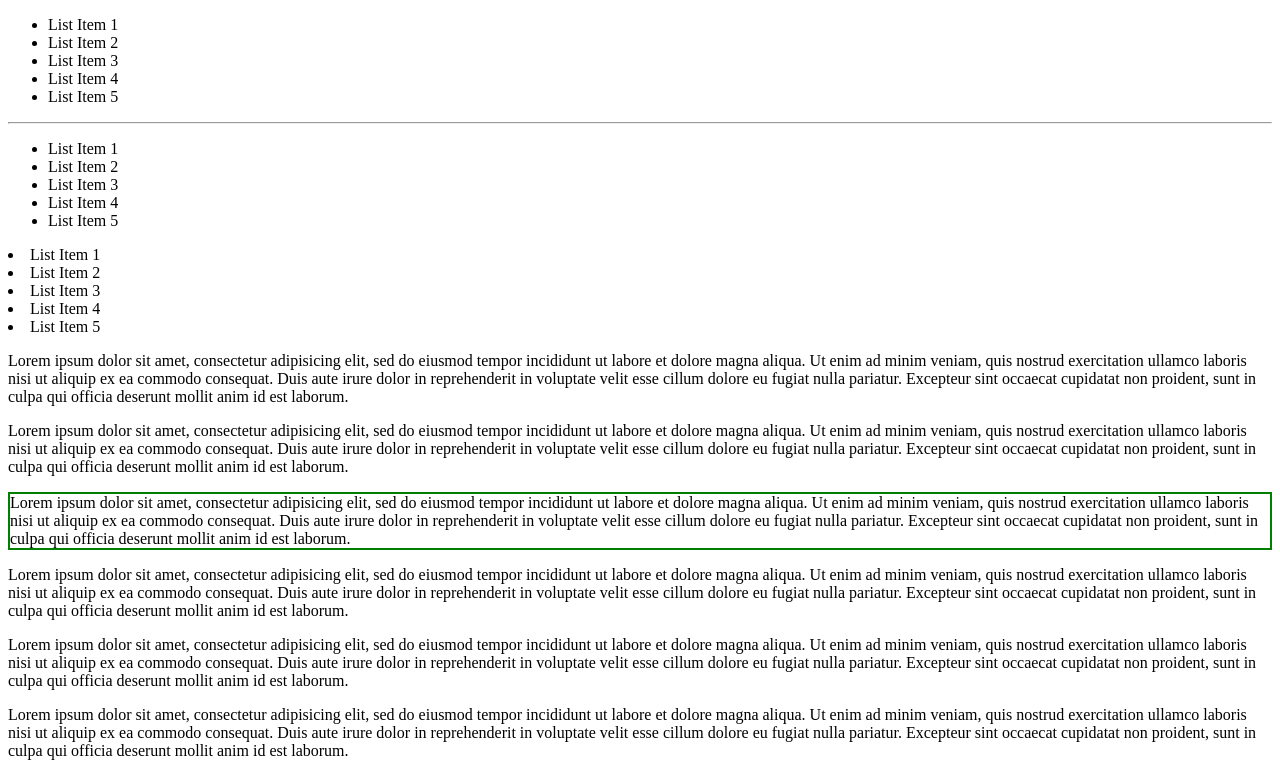
Repository: PankajSutharPersistent/vm-backup
Page: workspaceJavaScript/DemoJQuery/index.html
The author's editor kept a copy of each file at every save. The page is drawn from the files as they stood at one save, then again after the next save.
The browser window is 1280 px wide. The pictures show the whole page.

Above is the page before, as saved 2017-01-02 05:06:12.

### workspaceJavaScript/DemoJQuery/index.html
<!doctype html>
<html lang="en">
<head>
	<meta charset="UTF-8" />
	<title>Document</title>
	<script src="lib/jquery-3.1.1.js"></script>
	<script>
	/*
		var vj = jQuery.noConflict();
		vj(function(){
			///=========================

			alert("welcome to 2017")

			///=========================
		})
	 */
		$(function(){
			///=========================

			// $("li","ul").css("border","2px solid red");
			// $("#list").css("border","2px solid red");
			// $(".items").css("border","2px solid green");
			// $(".items","#list").css("border","2px solid green");
			// $("#list .items").css("border","2px solid green");

			   $("p[onclick='fun3()']").css("border","2px solid green");

			///=========================
		})
	</script>
</head>
<body>
	<ul id="list">
		<li class="items">List Item 1</li>
		<li class="items">List Item 2</li>
		<li class="items">List Item 3</li>
		<li class="items">List Item 4</li>
		<li class="items">List Item 5</li>
	</ul>
	<hr/>
	<ul>
		<li class="items">List Item 1</li>
		<li class="items">List Item 2</li>
		<li class="items">List Item 3</li>
		<li class="items">List Item 4</li>
		<li class="items">List Item 5</li>
	</ul>

	<li class="items">List Item 1</li>
	<li class="items">List Item 2</li>
	<li class="items">List Item 3</li>
	<li class="items">List Item 4</li>
	<li class="items">List Item 5</li>

	<p onclick="fun1()">
		Lorem ipsum dolor sit amet, consectetur adipisicing elit, sed do eiusmod tempor incididunt ut labore et dolore magna aliqua. Ut enim ad minim veniam, quis nostrud exercitation ullamco laboris nisi ut aliquip ex ea commodo consequat. Duis aute irure dolor in reprehenderit in voluptate velit esse cillum dolore eu fugiat nulla pariatur. Excepteur sint occaecat cupidatat non proident, sunt in culpa qui officia deserunt mollit anim id est laborum.
	</p>
	<p onclick="fun2()">
		Lorem ipsum dolor sit amet, consectetur adipisicing elit, sed do eiusmod tempor incididunt ut labore et dolore magna aliqua. Ut enim ad minim veniam, quis nostrud exercitation ullamco laboris nisi ut aliquip ex ea commodo consequat. Duis aute irure dolor in reprehenderit in voluptate velit esse cillum dolore eu fugiat nulla pariatur. Excepteur sint occaecat cupidatat non proident, sunt in culpa qui officia deserunt mollit anim id est laborum.
	</p>
	<p onclick="fun3()">
		Lorem ipsum dolor sit amet, consectetur adipisicing elit, sed do eiusmod tempor incididunt ut labore et dolore magna aliqua. Ut enim ad minim veniam, quis nostrud exercitation ullamco laboris nisi ut aliquip ex ea commodo consequat. Duis aute irure dolor in reprehenderit in voluptate velit esse cillum dolore eu fugiat nulla pariatur. Excepteur sint occaecat cupidatat non proident, sunt in culpa qui officia deserunt mollit anim id est laborum.
	</p>
	<p onclick="fun4()">
		Lorem ipsum dolor sit amet, consectetur adipisicing elit, sed do eiusmod tempor incididunt ut labore et dolore magna aliqua. Ut enim ad minim veniam, quis nostrud exercitation ullamco laboris nisi ut aliquip ex ea commodo consequat. Duis aute irure dolor in reprehenderit in voluptate velit esse cillum dolore eu fugiat nulla pariatur. Excepteur sint occaecat cupidatat non proident, sunt in culpa qui officia deserunt mollit anim id est laborum.
	</p>
	<p title="persistent">
		Lorem ipsum dolor sit amet, consectetur adipisicing elit, sed do eiusmod tempor incididunt ut labore et dolore magna aliqua. Ut enim ad minim veniam, quis nostrud exercitation ullamco laboris nisi ut aliquip ex ea commodo consequat. Duis aute irure dolor in reprehenderit in voluptate velit esse cillum dolore eu fugiat nulla pariatur. Excepteur sint occaecat cupidatat non proident, sunt in culpa qui officia deserunt mollit anim id est laborum.
	</p>
	<p lang="en">
		Lorem ipsum dolor sit amet, consectetur adipisicing elit, sed do eiusmod tempor incididunt ut labore et dolore magna aliqua. Ut enim ad minim veniam, quis nostrud exercitation ullamco laboris nisi ut aliquip ex ea commodo consequat. Duis aute irure dolor in reprehenderit in voluptate velit esse cillum dolore eu fugiat nulla pariatur. Excepteur sint occaecat cupidatat non proident, sunt in culpa qui officia deserunt mollit anim id est laborum.
	</p>
</body>
</html>

Loaded but not shown: workspaceJavaScript/DemoJQuery/lib/jquery-3.1.1.js (library)

After the next save:
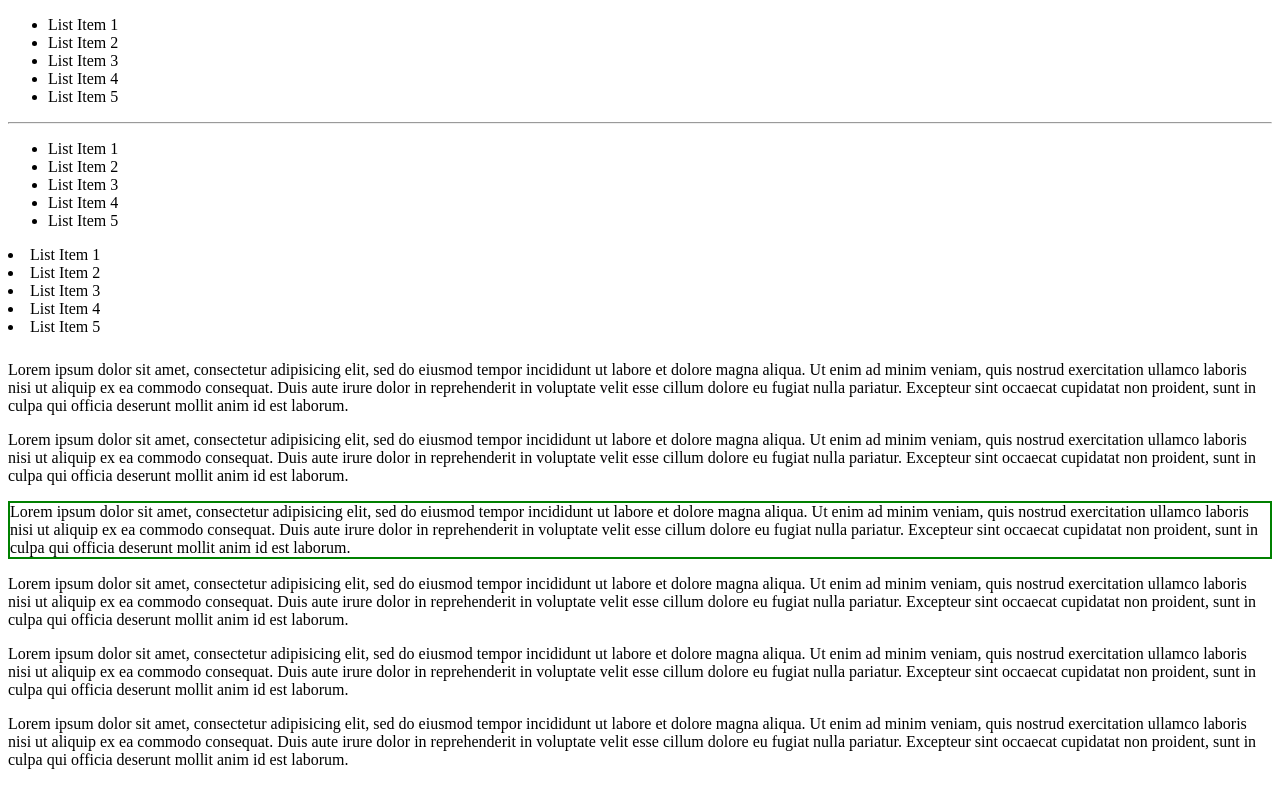
Saved 2 min 45 s later.
--- a/workspaceJavaScript/DemoJQuery/index.html
+++ b/workspaceJavaScript/DemoJQuery/index.html
@@ -54,6 +54,12 @@
 	<li class="items">List Item 5</li>
 
 	<p onclick="fun1()">
+		<h1></h1>
+		<h2></h2>
+		<h3></h3>
+		<h4></h4>
+		<h5></h5>
+		<h6></h6>
 		Lorem ipsum dolor sit amet, consectetur adipisicing elit, sed do eiusmod tempor incididunt ut labore et dolore magna aliqua. Ut enim ad minim veniam, quis nostrud exercitation ullamco laboris nisi ut aliquip ex ea commodo consequat. Duis aute irure dolor in reprehenderit in voluptate velit esse cillum dolore eu fugiat nulla pariatur. Excepteur sint occaecat cupidatat non proident, sunt in culpa qui officia deserunt mollit anim id est laborum.
 	</p>
 	<p onclick="fun2()">
